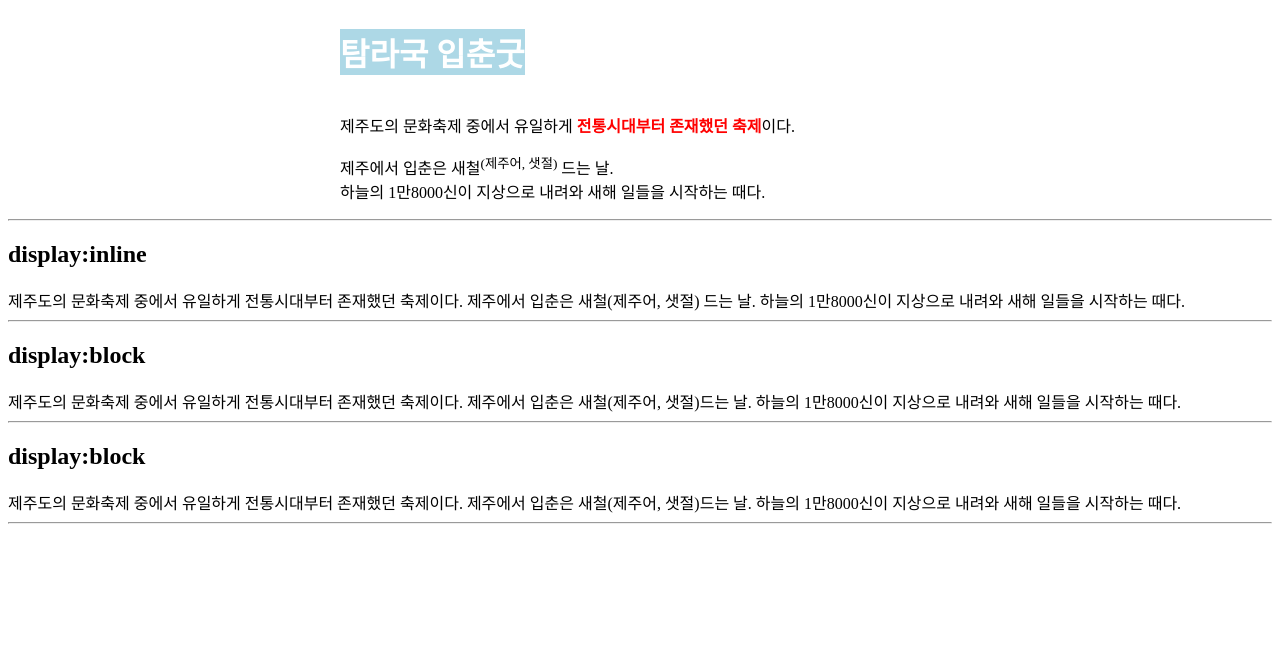
Repository: Kebiskim/2023_WebStudy
Page: 01_css/src/main/webapp/day01/Ex03_Selector.html
An editor plug-in stored every save of this project. The page is shown before and after the next save, followed by the edit.
The browser window is 1280 px wide. The pictures show the whole page.

Above is the page before, as saved 2023-06-23 02:06:27.

### 01_css/src/main/webapp/day01/Ex03_Selector.html
<!DOCTYPE html>
<html>
<head>
<meta charset="UTF-8">
<title>Insert title here</title>
<style type="text/css">
	#myid{
	/* margin auto 하면 가운데로 감. */
		width:600px;
		margin:auto;
	}
	h1{
		/* 글자 부분만 배경색으로 지정하자. (글자가 있는 줄 전체가 아니라) */
		display:inline-block;
		background-color:lightblue;
		color:white;
	}
	.accent{
		color:red;
		font-weight:bold;
	}
/*
 display : inline, block, inline-block;
 1. inline : 요소 전후 줄바꿈 없이 한줄에 다른 요소들과 배치된다.
 			width와 height 속성을 지정해도 무시된다.
 			margin, padding도 좌우 간격만 반영되고, 상하 간격은 반영이 되지 않는다.
 2. block : 해당 요소 전후 줄바꿈이 들어간다.
 3. inline-block : inline처럼 줄바꿈없이 다른 요소들과 나란히 배치되지만
 					width와 height 지정가능, margin, padding 상하 간격도 반영된다.

 */
 	/* span 태그의 a를 찾아라 */
 	span.a{
 	}

</style>
</head>
<body>
	<div id="myid">
	    <h1>탐라국 입춘굿</h1>
	    <p>제주도의 문화축제 중에서 유일하게 <span class="accent">전통시대부터 존재했던 축제</span>이다.</p>
	    <p>제주에서 입춘은 새철<sup>(제주어, 샛절)</sup> 드는 날. <br>
	      하늘의 1만8000신이 지상으로 내려와 새해 일들을 시작하는 때다.
	    </p>
	</div>
	<hr>

	<h2>display:inline</h2>
	<div>
	    제주도의 문화축제 중에서 유일하게 전통시대부터 존재했던 축제이다.
	    제주에서 입춘은 새철(제주어, 샛절) 드는 날. 하늘의 1만8000신이 지상으로 내려와 새해 일들을 시작하는 때다.
	</div>
	<hr>

	<h2>display:block</h2>
	<div>
	    제주도의 문화축제 중에서 유일하게 전통시대부터 존재했던 축제이다.
	    제주에서 <span class="b">입춘</span>은 <span class="b">새철(제주어, 샛절)</span>드는 날.
	    하늘의 1만8000신이 지상으로 내려와 새해 일들을 시작하는 때다.
	</div>
	<hr>

	<h2>display:block</h2>
	<div>
	    제주도의 문화축제 중에서 유일하게 전통시대부터 존재했던 축제이다.
	    제주에서 <span class="c">입춘</span>은 <span class="c">새철(제주어, 샛절)</span>드는 날.
	    하늘의 1만8000신이 지상으로 내려와 새해 일들을 시작하는 때다.
	</div>
	<hr>


</body>
</html>

After the next save:
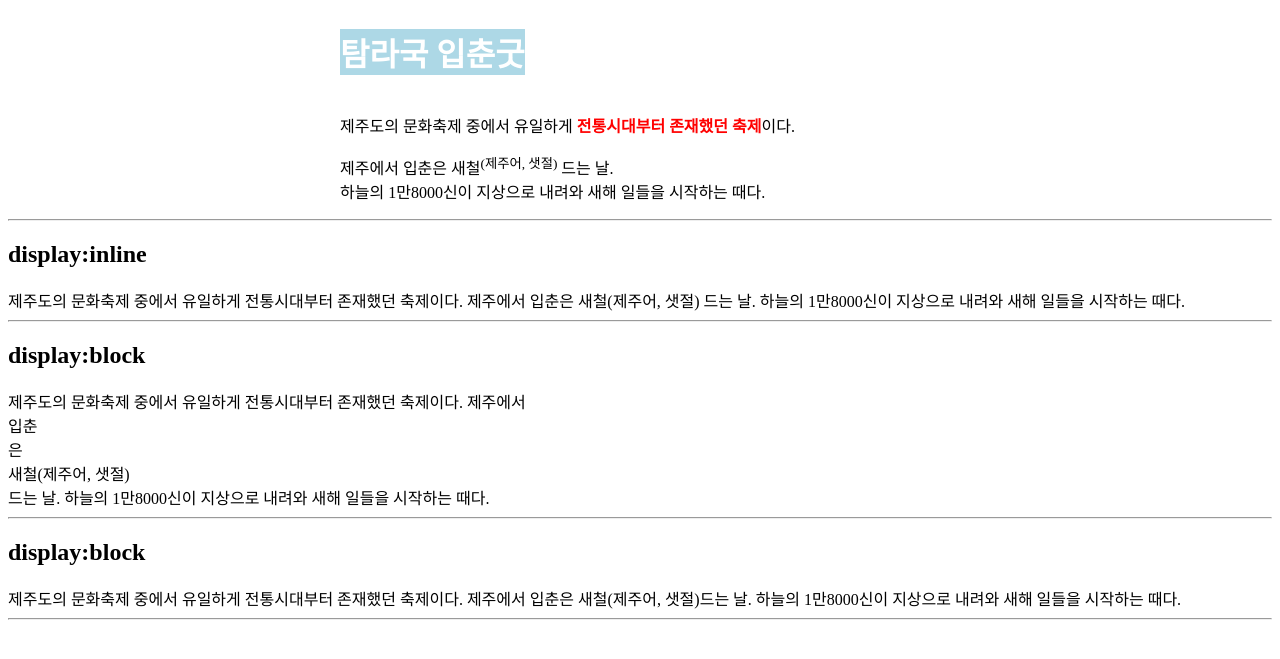
Saved 17 s later.
--- a/01_css/src/main/webapp/day01/Ex03_Selector.html
+++ b/01_css/src/main/webapp/day01/Ex03_Selector.html
@@ -31,6 +31,13 @@
  */
  	/* span 태그의 a를 찾아라 */
  	span.a{
+ 		display:inline;
+ 	}
+ 	span.b{
+ 		display:block;
+ 	}
+ 	span.a{
+ 		display:inline-block;
  	}
 
 </style>
